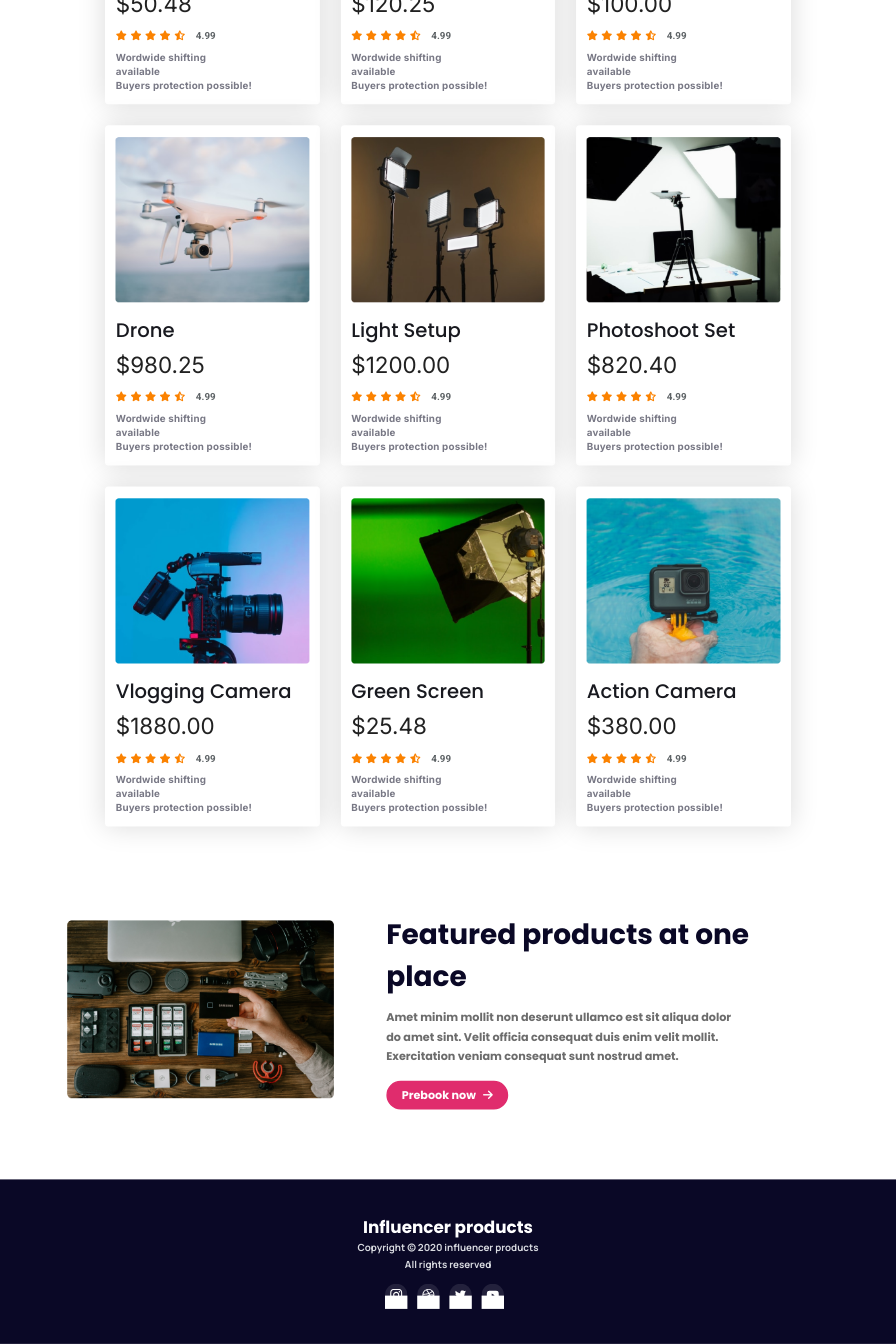
Repository: ShouravAhammed/Influencer-Gear-webpage
Page: index.html
The author's editor kept a copy of each file at every save. The page is drawn from the files as they stood at one save, then again after the next save.
The browser window is 1280 px wide. The pictures show the part of the page from y = 1337 to 3257 px (the page is 3257 px tall before and 3224 px after), at 70% of full size.
Some web libraries are served in a nearby version.

Above is the page before, as saved 2024-01-15 17:56:52.

After the next save:
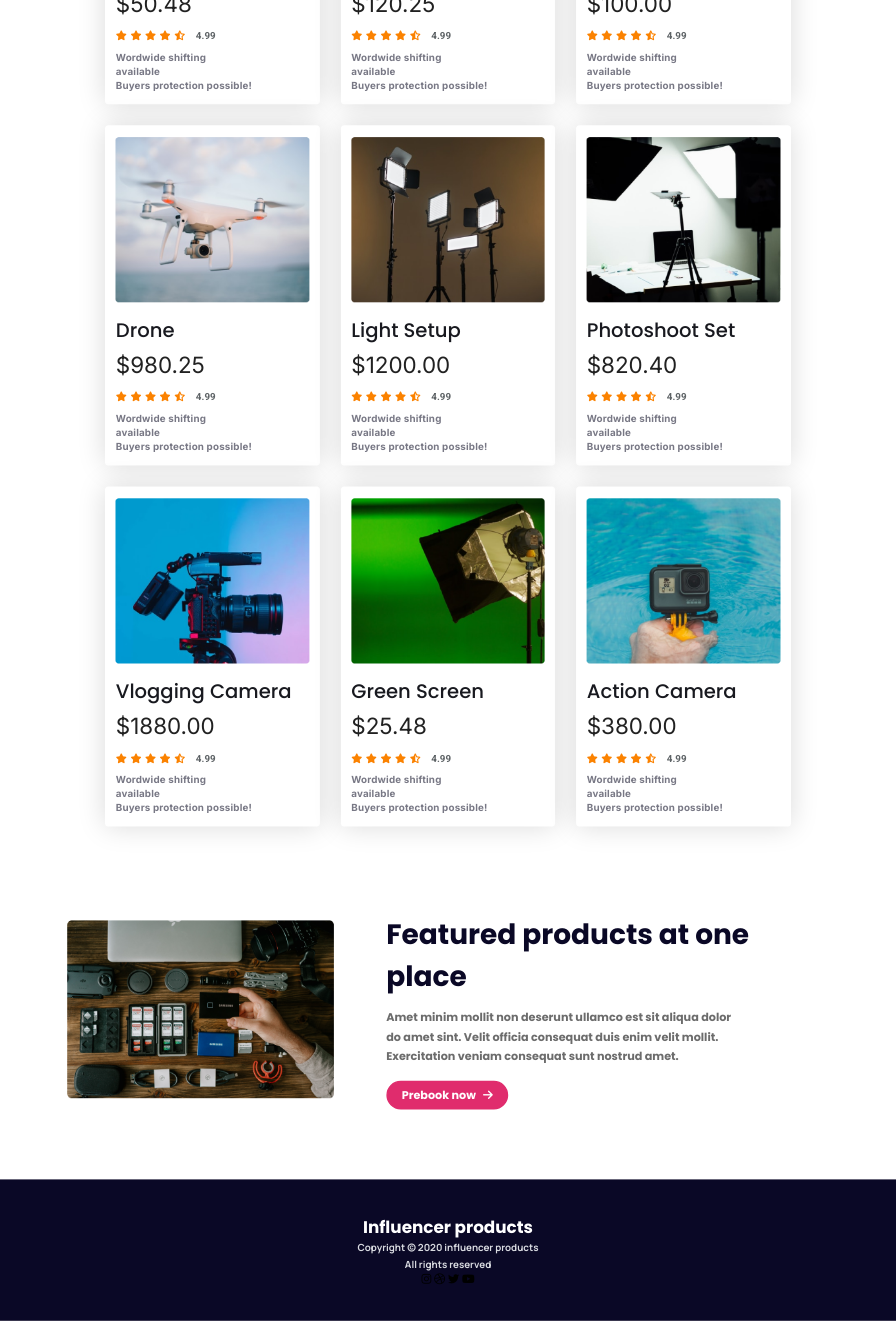
Saved 54 s later.
--- a/index.html
+++ b/index.html
@@ -159,14 +159,10 @@
             <h3 class="footer-title">Influencer products</h3>
             <p class="footer-copyright">Copyright © 2020  influencer products <br>All rights reserved</p>
             <div class="footer-social-icon">
-                <!-- <i class="fa-brands fa-instagram social-icon"></i>
+                <i class="fa-brands fa-instagram social-icon"></i>
                 <i class="fa-brands fa-dribbble social-icon"></i>
                 <i class="fa-brands fa-twitter social-icon"></i>
-                <i class="fa-brands fa-youtube social-icon"></i> -->
-                <a href=""><img src="logos/Instagram.svg" alt="social-icon"></a>
-                <a href=""><img src="logos/Dribbble.svg" alt="social-icon"></a>
-                <a href=""><img src="logos/Twitter.svg" alt="social-icon"></a>
-                <a href=""><img src="logos/Youtube.svg" alt="social-icon"></a>
+                <i class="fa-brands fa-youtube social-icon"></i>
             </div>
         </div>
     </footer>
